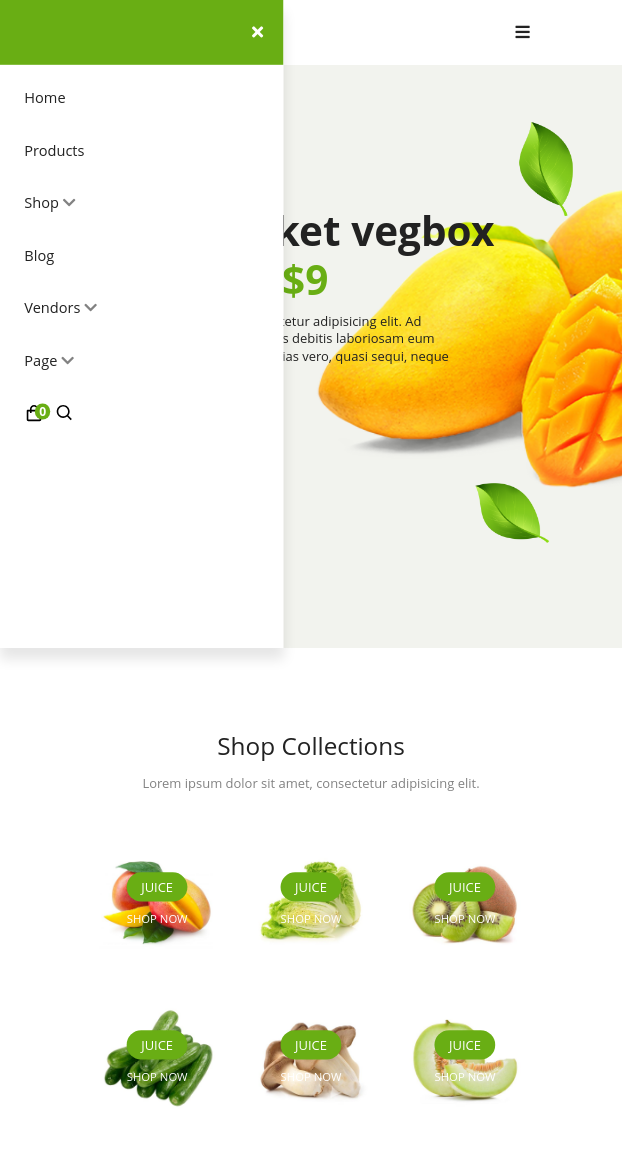
Repository: hoanggiainfomation/hoanggiainfomation.github.io
Page: index.html
These files come from the project's save history. The page is drawn as it stood at one moment and after the next save; the edit follows.
The browser window is 768 px wide. The pictures show the whole page, at 81% of full size.
Some web libraries are served in a nearby version.

Above is the page before, as saved 2021-08-17 20:30:44.

After the next save:
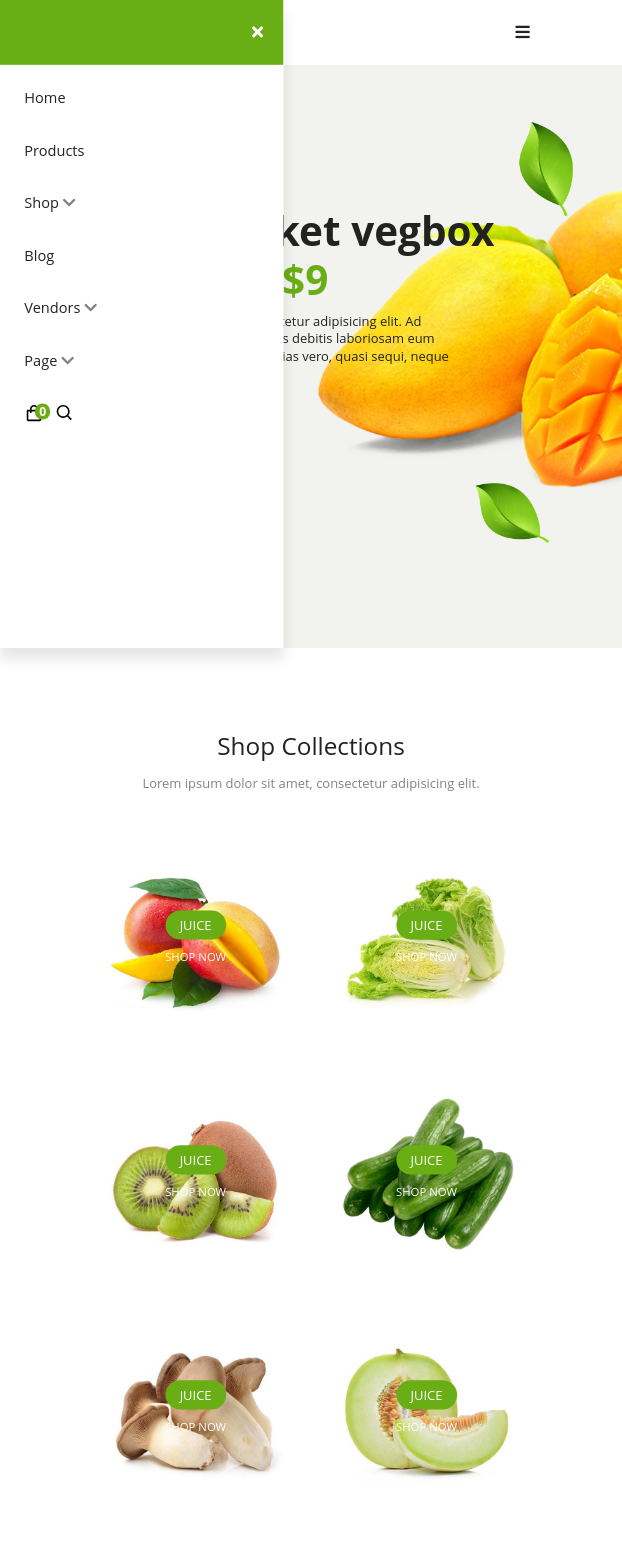
Saved 62 s later.
--- a/styles.css
+++ b/styles.css
@@ -624,5 +624,7 @@ section .title span {
   }
 }
 @media screen and (max-width: 996px) {
-
-}
+  .collection-layout {
+    grid-template-columns: repeat(2, 1fr);
+  }
+}
